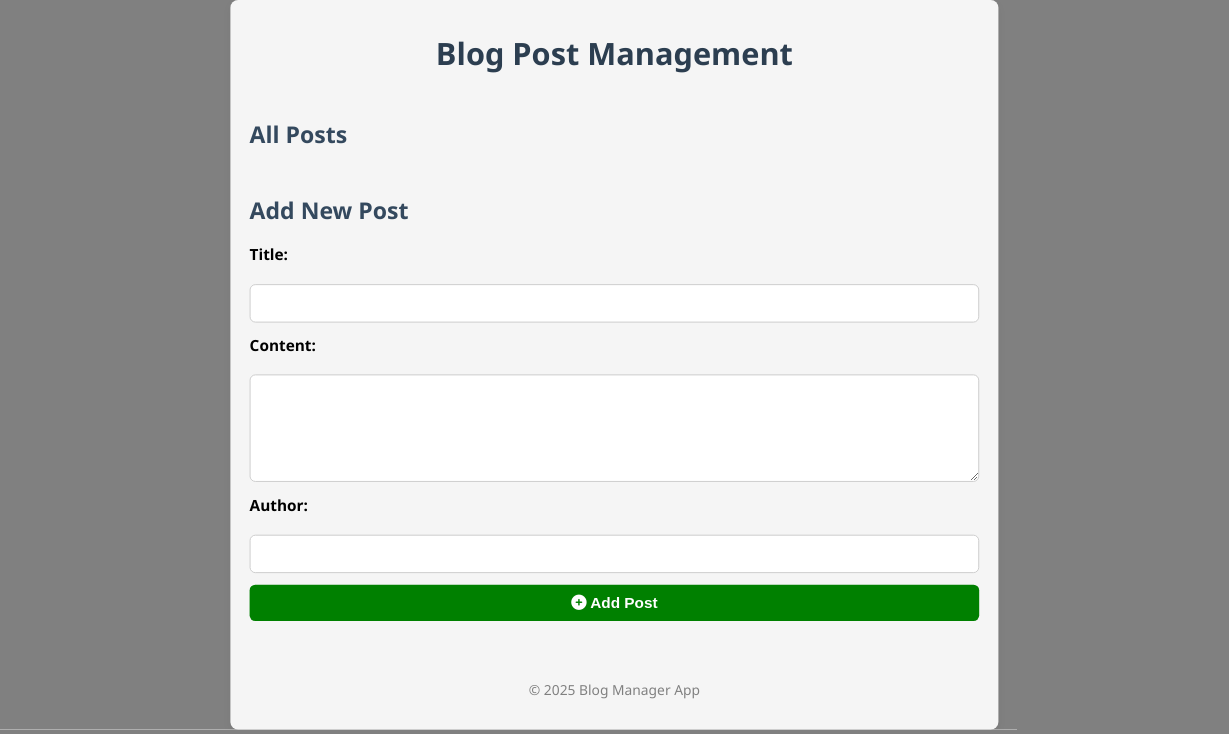
Repository: Hafifahussein/Post-Manager
Page: index.html
An editor plug-in stored every save of this project. The page is shown before and after the next save, followed by the edit.
The browser window is 1280 px wide. The pictures show the whole page, at 96% of full size.
The page's requests for data from a server got no answer.

Above is the page before, as saved 2025-06-26 17:33:07.

### index.html
<!DOCTYPE html>
<html lang="en">
<head>
  <meta charset="UTF-8" />
  <meta name="viewport" content="width=device-width, initial-scale=1.0" />
  <title>Blog Post Management</title>
  <link rel="stylesheet" href="style.css" />
  <link rel="stylesheet" href="https://cdnjs.cloudflare.com/ajax/libs/font-awesome/6.5.0/css/all.min.css">
</head>
<body>
  <div class="container">

    <header class="header">
      <h1>Blog Post Management</h1>
    </header>

    <main>

      <section id="post-list" class="section">
        <h2>All Posts</h2>

      </section>

      <section id="post-detail" class="section hidden">
        <h2>Post Details</h2>
      </section>

      <section class="section">
        <h2>Add New Post</h2>
        <form id="new-post-form" class="form">
          <label for="title">Title:</label>
          <input type="text" id="title" name="title" required />

          <label for="content">Content:</label>
          <textarea id="content" name="content" rows="5" required></textarea>

          <label for="author">Author:</label>
          <input type="text" id="author" name="author" required />

          <button type="submit" class="btn">
            <i class="fas fa-plus-circle"></i> Add Post
          </button>
        </form>
      </section>

      <section class="section">

        <form id="edit-post-form" class="form hidden">
          <label for="edit-title">Title:</label>
          <input type="text" id="edit-title" name="title" required />

          <label for="edit-content">Content:</label>
          <textarea id="edit-content" name="content" rows="5" required></textarea>

          <div class="button-group">
            <button type="submit" class="btn">
              <i class="fas fa-save"></i> Update Post
            </button>
            <button type="button" id="cancel-edit" class="btn cancel">
              <i class="fas fa-times"></i> Cancel
            </button>
          </div>
        </form>
      </section>

    </main>

    <footer class="footer">
      <p>&copy; 2025 Blog Manager App</p>
    </footer>

  </div>

  <script src="index.js"></script>
</body>
</html>

### style.css
*{
  box-sizing: border-box;
  margin: 0;
  padding: 0;
}

body {
  font-family: 'Segoe UI', Tahoma, Geneva, Verdana, sans-serif;
  background-color: grey;
  color: black;
  line-height: 1.6;
}

.container {
  max-width: 800px;
  margin: 0 auto;
  padding: 30px 20px;
  background-color: whitesmoke;
  box-shadow: 0 4px 10px rgba(0, 0, 0, 0.05);
  border-radius: 8px;
}

h1 {
  font-size: 2rem;
  color: #2c3e50;
  margin-bottom: 10px;
  text-align: center;
}

h2 {
  font-size: 1.5rem;
  color: #34495e;
  margin-bottom: 15px;
}

label {
  font-weight: bold;
  margin-bottom: 5px;
  display: block;
}


.section {
  margin-top: 40px;
}


.form {
  display: flex;
  flex-direction: column;
  gap: 12px;
}

input,
textarea {
  padding: 10px 12px;
  font-size: 1rem;
  border: 1px solid #ccc;
  border-radius: 6px;
  transition: border 0.2s;
}

input:focus,
textarea:focus {
  border-color:blue;
  outline: none;
}

.btn {
  padding: 10px 16px;
  font-size: 1rem;
  font-weight: bold;
  border: none;
  border-radius: 6px;
  cursor: pointer;
  color: #fff;
  background-color: green;
  transition: background-color 0.3s ease;
}

.btn:hover {
  background-color: grey;
}

.btn.cancel {
  background-color:green;
  color: #fff;
  border: none;
  padding: 0.6em 1.2em;
  border-radius: 5px;
  cursor: pointer;
  transition: background-color 0.3s ease;
}


.btn.cancel:hover {
  background-color: #495057;
}

.button-group {
  display: flex;
  gap: 10px;
  margin-top: 10px;
}

.post-card {
  background-color: antiquewhite;
  border: 1px solid #ddd;
  border-radius: 6px;
  padding: 15px 20px;
  margin-bottom: 15px;
  box-shadow: 0 2px 4px rgba(0, 0, 0, 0.03);
}

.post-card h3 {
  font-size: 1.25rem;
  margin-bottom: 8px;
}

.post-card p {
  margin-bottom: 5px;
}

.post-card .author {
  font-size: 0.9rem;
  color:grey;
  font-style: italic;
}


.hidden {
  display: none;
}

.footer {
  text-align: center;
  margin-top: 60px;
  font-size: 0.9rem;
  color: grey;
}

### index.js
const BASE_URL = 'http://localhost:3000/posts';
const postList = document.getElementById('post-list');
const newPostForm = document.getElementById('new-post-form');
const editPostForm = document.getElementById('edit-post-form');
const cancelEditBtn = document.getElementById('cancel-edit');

let editingPostId = null;

function loadPosts() {
  postList.innerHTML = '<h2>All Posts</h2>';

  fetch(BASE_URL)
    .then(res => {
      if (!res.ok) throw new Error('Failed to load posts');
      return res.json();
    })
    .then(posts => posts.forEach(renderPost))
    .catch(error => console.error("Error loading posts:", error));
}

function renderPost(post) {
  const card = document.createElement('div');
  card.className = 'post-card';

  card.innerHTML = `
    <h3>${post.title}</h3>
    <p>${post.content}</p>
    <p class="author">— ${post.author}</p>
    <p><strong>Likes:</strong> ${post.likes ?? 0}</p>
    <div class="button-group">
      <button class="btn edit-btn" data-id="${post.id}">
        <i class="fas fa-pen"></i> Edit
      </button>
      <button class="btn delete-btn" data-id="${post.id}">
        <i class="fas fa-trash"></i> Delete
      </button>
      <button class="btn like-btn" data-id="${post.id}">
        <i class="fas fa-heart"></i> Like
      </button>
    </div>
  `;

  postList.appendChild(card);
}


newPostForm.addEventListener('submit', e => {
  e.preventDefault();

  const newPost = {
    title: newPostForm.title.value,
    content: newPostForm.content.value,
    author: newPostForm.author.value,
    likes: 0
  };

  fetch(BASE_URL, {
    method: 'POST',
    headers: { 'Content-Type': 'application/json' },
    body: JSON.stringify(newPost)
  })
    .then(res => res.json())
    .then(() => {
      loadPosts();
      newPostForm.reset();
    });
});

// Post Actions (Edit, Delete, Like)
postList.addEventListener('click', e => {
  const button = e.target.closest('button');
  if (!button) return;

  const postId = button.dataset.id;

  if (button.classList.contains('edit-btn')) {
    startEditing(postId);
  }

  if (button.classList.contains('delete-btn')) {
    deletePost(postId);
  }

  if (button.classList.contains('like-btn')) {
    likePost(postId);
  }
});

// Start editing a post
function startEditing(id) {
  editingPostId = id;
  fetch(`${BASE_URL}/${id}`)
    .then(res => res.json())
    .then(post => {
      editPostForm.classList.remove('hidden');
      newPostForm.classList.add('hidden');

      editPostForm['edit-title'].value = post.title;
      editPostForm['edit-content'].value = post.content;
    });
}

// Cancel edit
cancelEditBtn.addEventListener('click', () => {
  editingPostId = null;
  editPostForm.reset();
  editPostForm.classList.add('hidden');
  newPostForm.classList.remove('hidden');
});

// Submit edit
editPostForm.addEventListener('submit', e => {
  e.preventDefault();

  const updatedPost = {
    title: editPostForm['edit-title'].value,
    content: editPostForm['edit-content'].value
  };

  fetch(`${BASE_URL}/${editingPostId}`, {
    method: 'PATCH',
    headers: { 'Content-Type': 'application/json' },
    body: JSON.stringify(updatedPost)
  })
    .then(res => res.json())
    .then(() => {
      editingPostId = null;
      editPostForm.reset();
      editPostForm.classList.add('hidden');
      newPostForm.classList.remove('hidden');
      loadPosts();
    });
});

// Delete a post
function deletePost(id) {
  fetch(`${BASE_URL}/${id}`, { method: 'DELETE' })
    .then(() => loadPosts());
}

// Like a post
function likePost(id) {
  fetch(`${BASE_URL}/${id}`)
    .then(res => res.json())
    .then(post => {
      const updatedLikes = { likes: (post.likes || 0) + 1 };
      return fetch(`${BASE_URL}/${id}`, {
        method: 'PATCH',
        headers: { 'Content-Type': 'application/json' },
        body: JSON.stringify(updatedLikes)
      });
    })
    .then(() => loadPosts());
}


loadPosts();

After the next save:
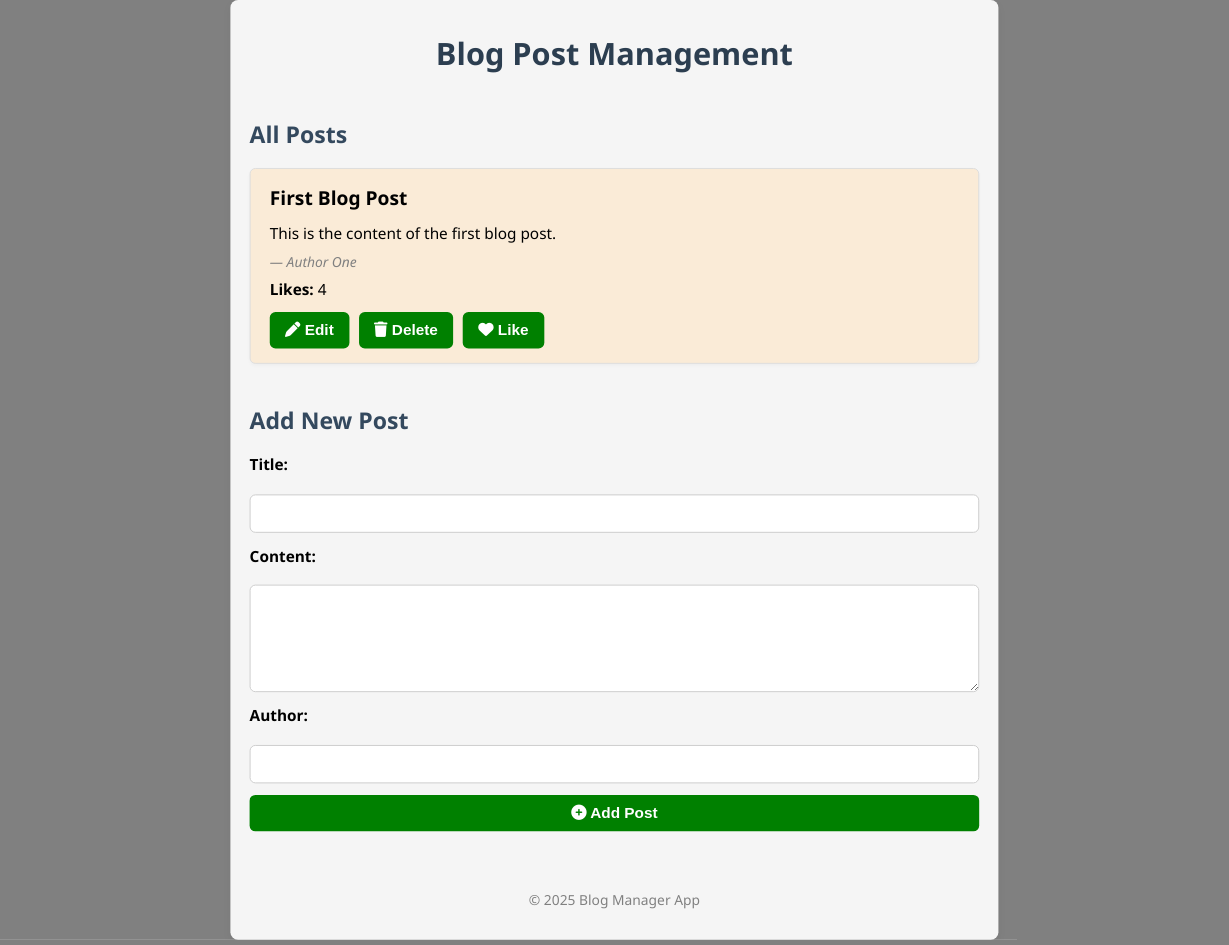
Saved 26 h 59 min later.
--- a/index.js
+++ b/index.js
@@ -1,4 +1,3 @@
-const BASE_URL = 'http://localhost:3000/posts';
 const postList = document.getElementById('post-list');
 const newPostForm = document.getElementById('new-post-form');
 const editPostForm = document.getElementById('edit-post-form');
@@ -6,16 +5,23 @@
 
 let editingPostId = null;
 
+// Initialize posts in localStorage if not exists
+if (!localStorage.getItem('posts')) {
+  localStorage.setItem('posts', JSON.stringify([
+    {
+      id: "1",
+      title: "First Blog Post",
+      content: "This is the content of the first blog post.",
+      author: "Author One",
+      likes: 4
+    }
+  ]));
+}
+
 function loadPosts() {
   postList.innerHTML = '<h2>All Posts</h2>';
-
-  fetch(BASE_URL)
-    .then(res => {
-      if (!res.ok) throw new Error('Failed to load posts');
-      return res.json();
-    })
-    .then(posts => posts.forEach(renderPost))
-    .catch(error => console.error("Error loading posts:", error));
+  const posts = JSON.parse(localStorage.getItem('posts'));
+  posts.forEach(renderPost);
 }
 
 function renderPost(post) {
@@ -43,30 +49,25 @@
   postList.appendChild(card);
 }
 
-
 newPostForm.addEventListener('submit', e => {
   e.preventDefault();
 
+  const posts = JSON.parse(localStorage.getItem('posts'));
   const newPost = {
+    id: Date.now().toString(),
     title: newPostForm.title.value,
     content: newPostForm.content.value,
     author: newPostForm.author.value,
     likes: 0
   };
 
-  fetch(BASE_URL, {
-    method: 'POST',
-    headers: { 'Content-Type': 'application/json' },
-    body: JSON.stringify(newPost)
-  })
-    .then(res => res.json())
-    .then(() => {
-      loadPosts();
-      newPostForm.reset();
-    });
+  posts.push(newPost);
+  localStorage.setItem('posts', JSON.stringify(posts));
+
+  loadPosts();
+  newPostForm.reset();
 });
 
-// Post Actions (Edit, Delete, Like)
 postList.addEventListener('click', e => {
   const button = e.target.closest('button');
   if (!button) return;
@@ -86,21 +87,18 @@
   }
 });
 
-// Start editing a post
 function startEditing(id) {
   editingPostId = id;
-  fetch(`${BASE_URL}/${id}`)
-    .then(res => res.json())
-    .then(post => {
-      editPostForm.classList.remove('hidden');
-      newPostForm.classList.add('hidden');
+  const posts = JSON.parse(localStorage.getItem('posts'));
+  const post = posts.find(p => p.id === id);
 
-      editPostForm['edit-title'].value = post.title;
-      editPostForm['edit-content'].value = post.content;
-    });
+  editPostForm.classList.remove('hidden');
+  newPostForm.classList.add('hidden');
+
+  editPostForm['edit-title'].value = post.title;
+  editPostForm['edit-content'].value = post.content;
 }
 
-// Cancel edit
 cancelEditBtn.addEventListener('click', () => {
   editingPostId = null;
   editPostForm.reset();
@@ -108,50 +106,40 @@
   newPostForm.classList.remove('hidden');
 });
 
-// Submit edit
 editPostForm.addEventListener('submit', e => {
   e.preventDefault();
 
-  const updatedPost = {
+  const posts = JSON.parse(localStorage.getItem('posts'));
+  const postIndex = posts.findIndex(p => p.id === editingPostId);
+
+  posts[postIndex] = {
+    ...posts[postIndex],
     title: editPostForm['edit-title'].value,
     content: editPostForm['edit-content'].value
   };
 
-  fetch(`${BASE_URL}/${editingPostId}`, {
-    method: 'PATCH',
-    headers: { 'Content-Type': 'application/json' },
-    body: JSON.stringify(updatedPost)
-  })
-    .then(res => res.json())
-    .then(() => {
-      editingPostId = null;
-      editPostForm.reset();
-      editPostForm.classList.add('hidden');
-      newPostForm.classList.remove('hidden');
-      loadPosts();
-    });
+  localStorage.setItem('posts', JSON.stringify(posts));
+
+  editingPostId = null;
+  editPostForm.reset();
+  editPostForm.classList.add('hidden');
+  newPostForm.classList.remove('hidden');
+  loadPosts();
 });
 
-// Delete a post
 function deletePost(id) {
-  fetch(`${BASE_URL}/${id}`, { method: 'DELETE' })
-    .then(() => loadPosts());
+  const posts = JSON.parse(localStorage.getItem('posts'));
+  const filteredPosts = posts.filter(post => post.id !== id);
+  localStorage.setItem('posts', JSON.stringify(filteredPosts));
+  loadPosts();
 }
 
-// Like a post
 function likePost(id) {
-  fetch(`${BASE_URL}/${id}`)
-    .then(res => res.json())
-    .then(post => {
-      const updatedLikes = { likes: (post.likes || 0) + 1 };
-      return fetch(`${BASE_URL}/${id}`, {
-        method: 'PATCH',
-        headers: { 'Content-Type': 'application/json' },
-        body: JSON.stringify(updatedLikes)
-      });
-    })
-    .then(() => loadPosts());
+  const posts = JSON.parse(localStorage.getItem('posts'));
+  const postIndex = posts.findIndex(p => p.id === id);
+  posts[postIndex].likes = (posts[postIndex].likes || 0) + 1;
+  localStorage.setItem('posts', JSON.stringify(posts));
+  loadPosts();
 }
 
-
 loadPosts();

After the save that followed:
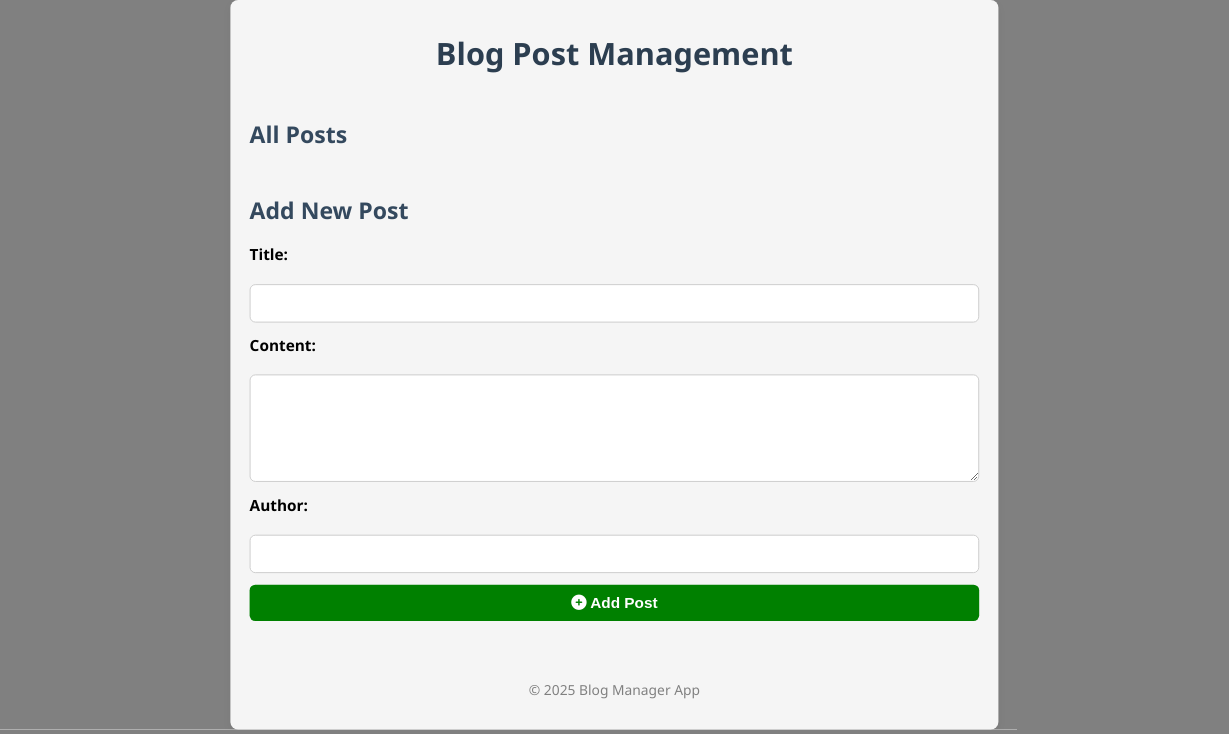
Saved 2 min 24 s later.
--- a/index.js
+++ b/index.js
@@ -1,3 +1,4 @@
+const BASE_URL = 'http://localhost:3000/posts';
 const postList = document.getElementById('post-list');
 const newPostForm = document.getElementById('new-post-form');
 const editPostForm = document.getElementById('edit-post-form');
@@ -5,23 +6,16 @@
 
 let editingPostId = null;
 
-// Initialize posts in localStorage if not exists
-if (!localStorage.getItem('posts')) {
-  localStorage.setItem('posts', JSON.stringify([
-    {
-      id: "1",
-      title: "First Blog Post",
-      content: "This is the content of the first blog post.",
-      author: "Author One",
-      likes: 4
-    }
-  ]));
-}
-
 function loadPosts() {
   postList.innerHTML = '<h2>All Posts</h2>';
-  const posts = JSON.parse(localStorage.getItem('posts'));
-  posts.forEach(renderPost);
+
+  fetch(BASE_URL)
+    .then(res => {
+      if (!res.ok) throw new Error('Failed to load posts');
+      return res.json();
+    })
+    .then(posts => posts.forEach(renderPost))
+    .catch(error => console.error("Error loading posts:", error));
 }
 
 function renderPost(post) {
@@ -49,25 +43,30 @@
   postList.appendChild(card);
 }
 
+
 newPostForm.addEventListener('submit', e => {
   e.preventDefault();
 
-  const posts = JSON.parse(localStorage.getItem('posts'));
   const newPost = {
-    id: Date.now().toString(),
     title: newPostForm.title.value,
     content: newPostForm.content.value,
     author: newPostForm.author.value,
     likes: 0
   };
 
-  posts.push(newPost);
-  localStorage.setItem('posts', JSON.stringify(posts));
-
-  loadPosts();
-  newPostForm.reset();
+  fetch(BASE_URL, {
+    method: 'POST',
+    headers: { 'Content-Type': 'application/json' },
+    body: JSON.stringify(newPost)
+  })
+    .then(res => res.json())
+    .then(() => {
+      loadPosts();
+      newPostForm.reset();
+    });
 });
 
+// Post Actions (Edit, Delete, Like)
 postList.addEventListener('click', e => {
   const button = e.target.closest('button');
   if (!button) return;
@@ -87,18 +86,21 @@
   }
 });
 
+// Start editing a post
 function startEditing(id) {
   editingPostId = id;
-  const posts = JSON.parse(localStorage.getItem('posts'));
-  const post = posts.find(p => p.id === id);
+  fetch(`${BASE_URL}/${id}`)
+    .then(res => res.json())
+    .then(post => {
+      editPostForm.classList.remove('hidden');
+      newPostForm.classList.add('hidden');
 
-  editPostForm.classList.remove('hidden');
-  newPostForm.classList.add('hidden');
-
-  editPostForm['edit-title'].value = post.title;
-  editPostForm['edit-content'].value = post.content;
+      editPostForm['edit-title'].value = post.title;
+      editPostForm['edit-content'].value = post.content;
+    });
 }
 
+// Cancel edit
 cancelEditBtn.addEventListener('click', () => {
   editingPostId = null;
   editPostForm.reset();
@@ -106,40 +108,50 @@
   newPostForm.classList.remove('hidden');
 });
 
+// Submit edit
 editPostForm.addEventListener('submit', e => {
   e.preventDefault();
 
-  const posts = JSON.parse(localStorage.getItem('posts'));
-  const postIndex = posts.findIndex(p => p.id === editingPostId);
-
-  posts[postIndex] = {
-    ...posts[postIndex],
+  const updatedPost = {
     title: editPostForm['edit-title'].value,
     content: editPostForm['edit-content'].value
   };
 
-  localStorage.setItem('posts', JSON.stringify(posts));
-
-  editingPostId = null;
-  editPostForm.reset();
-  editPostForm.classList.add('hidden');
-  newPostForm.classList.remove('hidden');
-  loadPosts();
+  fetch(`${BASE_URL}/${editingPostId}`, {
+    method: 'PATCH',
+    headers: { 'Content-Type': 'application/json' },
+    body: JSON.stringify(updatedPost)
+  })
+    .then(res => res.json())
+    .then(() => {
+      editingPostId = null;
+      editPostForm.reset();
+      editPostForm.classList.add('hidden');
+      newPostForm.classList.remove('hidden');
+      loadPosts();
+    });
 });
 
+// Delete a post
 function deletePost(id) {
-  const posts = JSON.parse(localStorage.getItem('posts'));
-  const filteredPosts = posts.filter(post => post.id !== id);
-  localStorage.setItem('posts', JSON.stringify(filteredPosts));
-  loadPosts();
+  fetch(`${BASE_URL}/${id}`, { method: 'DELETE' })
+    .then(() => loadPosts());
 }
 
+// Like a post
 function likePost(id) {
-  const posts = JSON.parse(localStorage.getItem('posts'));
-  const postIndex = posts.findIndex(p => p.id === id);
-  posts[postIndex].likes = (posts[postIndex].likes || 0) + 1;
-  localStorage.setItem('posts', JSON.stringify(posts));
-  loadPosts();
+  fetch(`${BASE_URL}/${id}`)
+    .then(res => res.json())
+    .then(post => {
+      const updatedLikes = { likes: (post.likes || 0) + 1 };
+      return fetch(`${BASE_URL}/${id}`, {
+        method: 'PATCH',
+        headers: { 'Content-Type': 'application/json' },
+        body: JSON.stringify(updatedLikes)
+      });
+    })
+    .then(() => loadPosts());
 }
 
+
 loadPosts();
